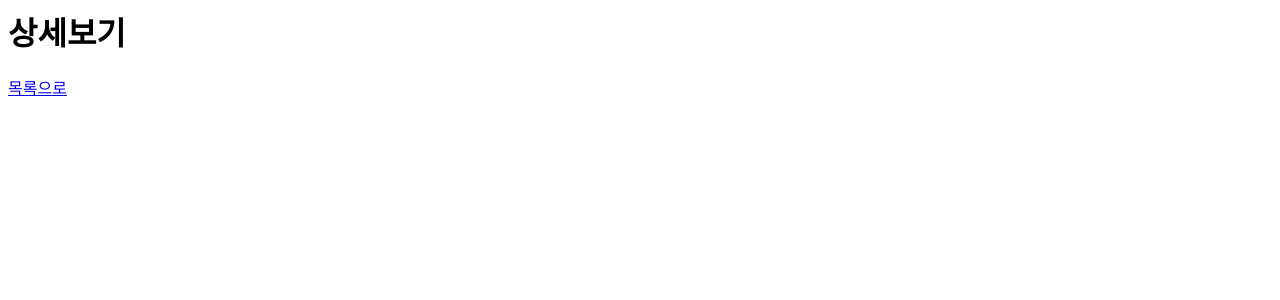
Repository: ur-developer/backend_workspace
Page: http://localhost/chapter09/views/detail.jsp
An editor plug-in stored every save of this project. The page is shown before and after the next save, followed by the edit.
The browser window is 1280 px wide. The pictures show the whole page.
The page is served by Tomcat 9. Other server files are loaded and not shown.

Above is the page before, as saved 2023-09-04 08:15:01.

### 03_jspservelt/chapter09/src/main/webapp/views/detail.jsp
<%@ page language="java" contentType="text/html; charset=UTF-8"
    pageEncoding="UTF-8"%>
<%@ taglib uri="http://java.sun.com/jsp/jstl/core"  prefix="c" %>
<%@ taglib uri="http://java.sun.com/jsp/jstl/fmt" prefix="fmt" %>

    <div class="container">
     <h1>
		상세보기
     </h1>

	<a href="list.do">목록으로</a>
    </div>

After the next save:
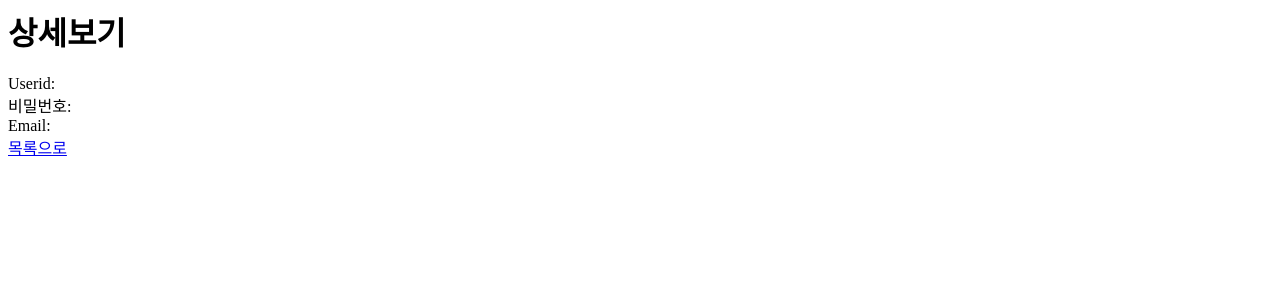
Saved 96 s later.
--- a/03_jspservelt/chapter09/src/main/webapp/views/detail.jsp
+++ b/03_jspservelt/chapter09/src/main/webapp/views/detail.jsp
@@ -7,6 +7,10 @@
      <h1>
 		상세보기
      </h1>
-
+     <div>
+     	<div>Userid: ${user.userid}</div>
+     	<div>비밀번호: ${user.password}</div>
+     	<div>Email: ${user.email}</div>
+     </div>
 	<a href="list.do">목록으로</a>
     </div>
